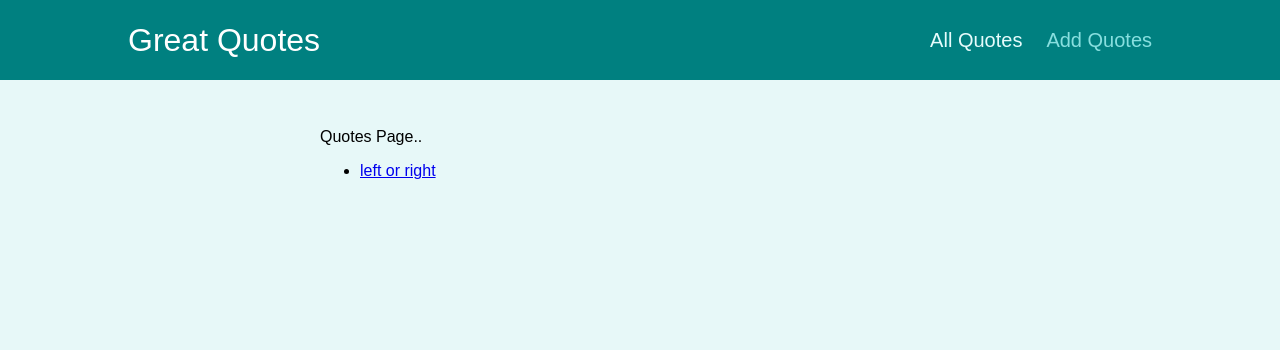
Repository: NamalPathirana/react-router-prac-two-demo
Page: /
These files come from the project's save history. The page is drawn as it stood at one moment and after a run of saves; the edit follows.
The browser window is 1280 px wide. The pictures show the whole page.
The project was rebuilt for these pictures with package versions that can differ from the ones it lists, and the page was loaded fresh each time. Also part of the build but not shown: src/components/UI/Card.module.css, src/components/UI/Card.js, src/components/UI/LoadingSpinner.module.css, src/components/UI/LoadingSpinner.js, src/components/quotes/QuoteForm.module.css, src/components/quotes/QuoteForm.js, src/components/pages/AddQuotes.js, src/components/comments/Comments.module.css and 4 more.

Above is the page before, as saved 2022-04-18 19:59:23.

After the next 4 saves:
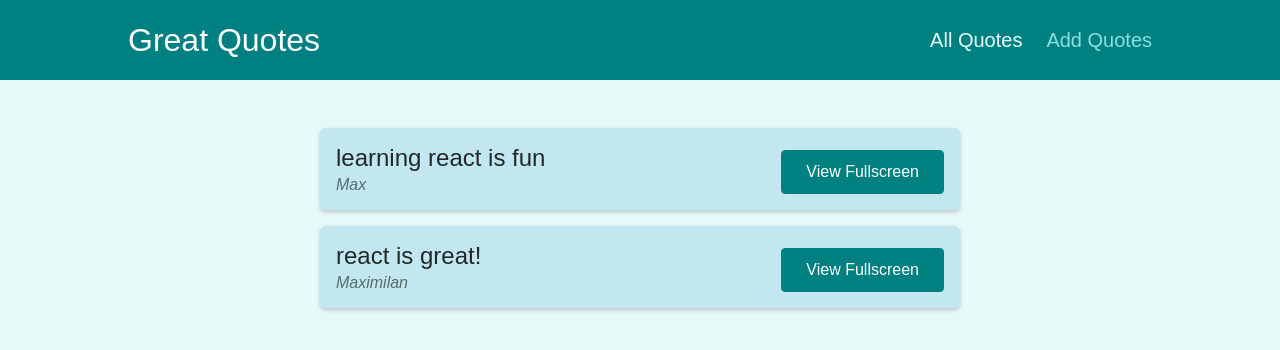
The 4 saves are shown as one change because 3 did not build or start.
The last was saved 2 min 25 s later.
--- a/src/components/pages/Quotes.js
+++ b/src/components/pages/Quotes.js
@@ -1,5 +1,6 @@
 import { Fragment  } from "react";
 import { Link } from "react-router-dom";
+import QuotesList from "../quotes/QuoteList"
 
 const DUMMY_QUOTES = [
     { id:'q1', author:'Max', text:'learning react is fun'},
@@ -7,12 +8,7 @@ const DUMMY_QUOTES = [
 ];
 
 const Quotes = () => {
-    return <Fragment>
-        <p>Quotes Page..</p>
-        <ul>
-            <li><Link to="/quotes/q1">left or right</Link></li>
-        </ul>
-    </Fragment>
+    return <QuotesList quotes={DUMMY_QUOTES}></QuotesList>
 }
 
 export default Quotes;
